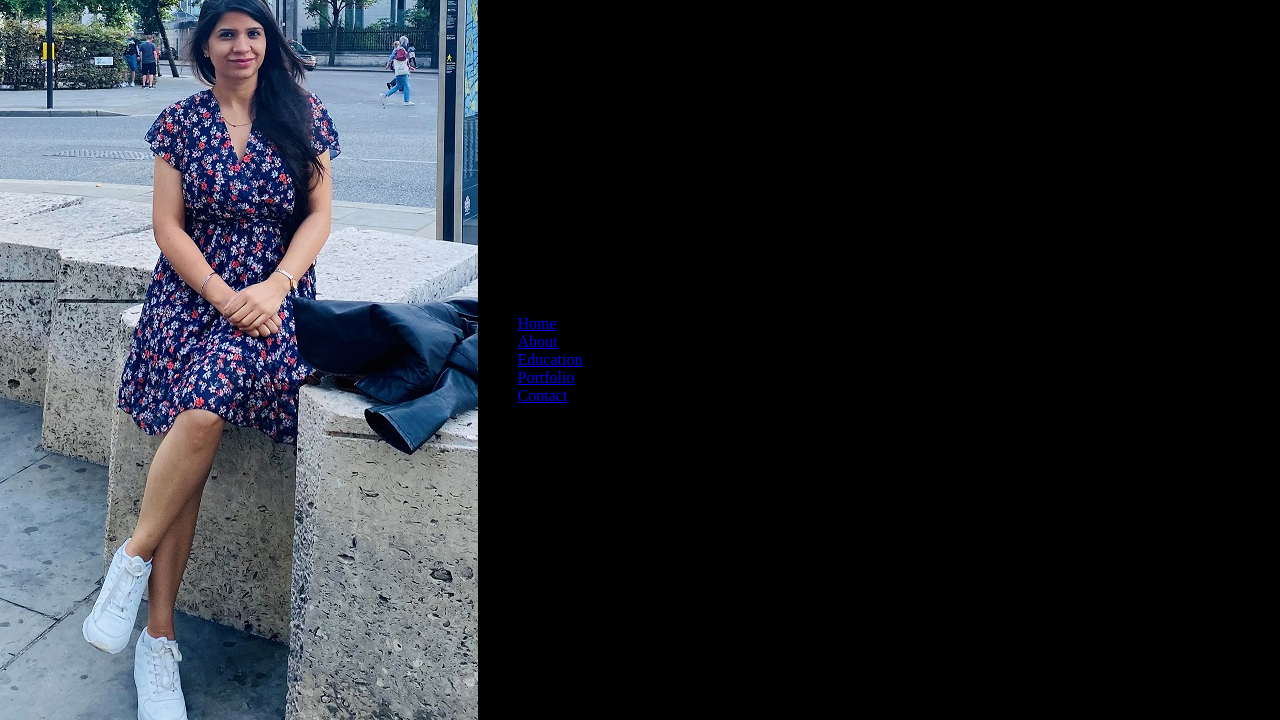
Repository: priyanka-bishnoi/PortfolioPage
Page: MyPage.html
The author's editor kept a copy of each file at every save. The page is drawn from the files as they stood at one save, then again after the next save.
The browser window is 1280 px wide. The pictures show the whole page.

Above is the page before, as saved 2022-10-07 00:18:33.

### MyPage.html
<!DOCTYPE html>
<html>
<head>
    <link rel="stylesheet" href="css/style.css">
<style>
body {
  background-color: black;
}
</style>
</head>
<body>
<header>
    <div class= "user">
        <img src="Background.jpg"/>
        <h1 class="name" style="color:aqua">Priyanka Bishnoi</h1>
        <p class="post" style="color:aqua">Salesforce Consultant</p>
    </div>

    <nav class="navBar">
        <ul>
            <li> <a href="#home">Home</a></li>
            <li> <a href="#about">About</a></li>
            <li> <a href="#education">Education</a></li>
            <li> <a href="#portfolio">Portfolio</a></li>
            <li> <a href="#contact">Contact</a></li>

        </ul>


    </nav>


</header>
</body>
</html>

### css/style.css
header {
    position:fixed;
    top:0; left:0;
    z-index:1000;
    height:100%;
    width:35rem;
    background:black;
    display:flex;
    align-items:center;
    justify-content: center;
}
body{
    background: #111;
}

After the next save:
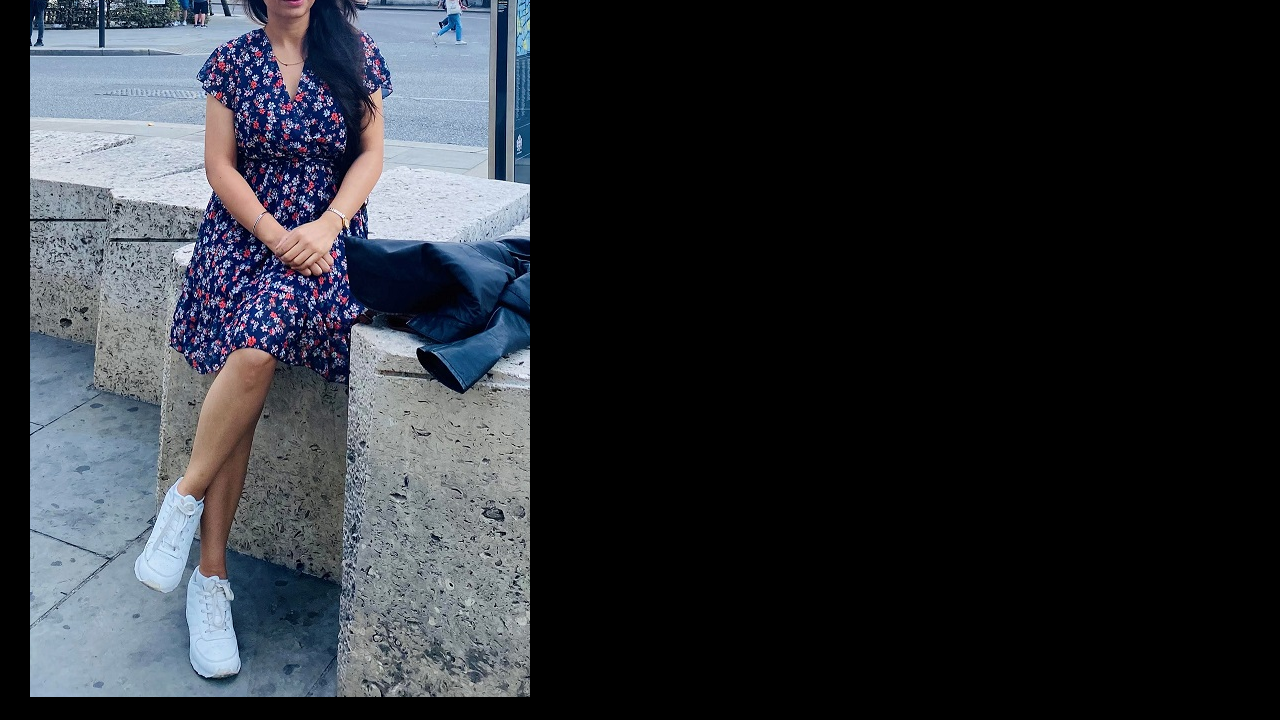
Saved 110 s later.
--- a/css/style.css
+++ b/css/style.css
@@ -8,6 +8,7 @@
     display:flex;
     align-items:center;
     justify-content: center;
+    flex-flow:column;
 }
 body{
     background: #111;

After the save that followed:
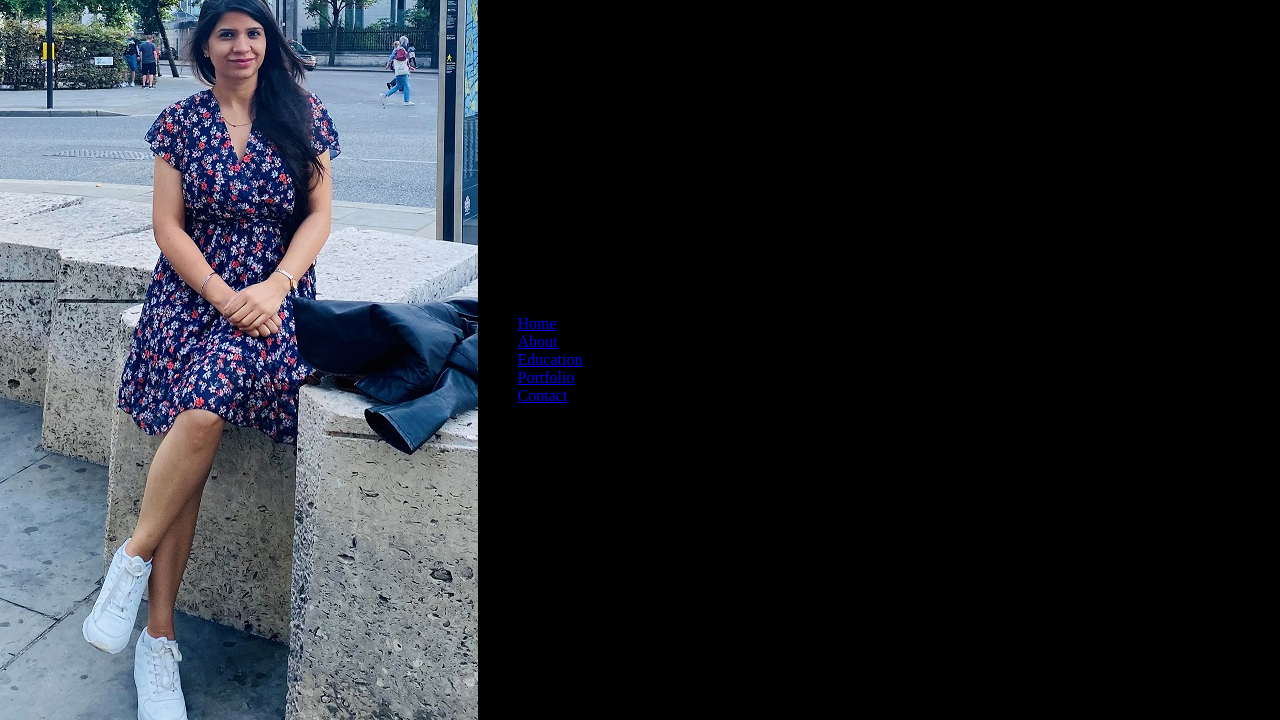
Saved 43 s later.
--- a/css/style.css
+++ b/css/style.css
@@ -8,7 +8,6 @@
     display:flex;
     align-items:center;
     justify-content: center;
-    flex-flow:column;
 }
 body{
     background: #111;
